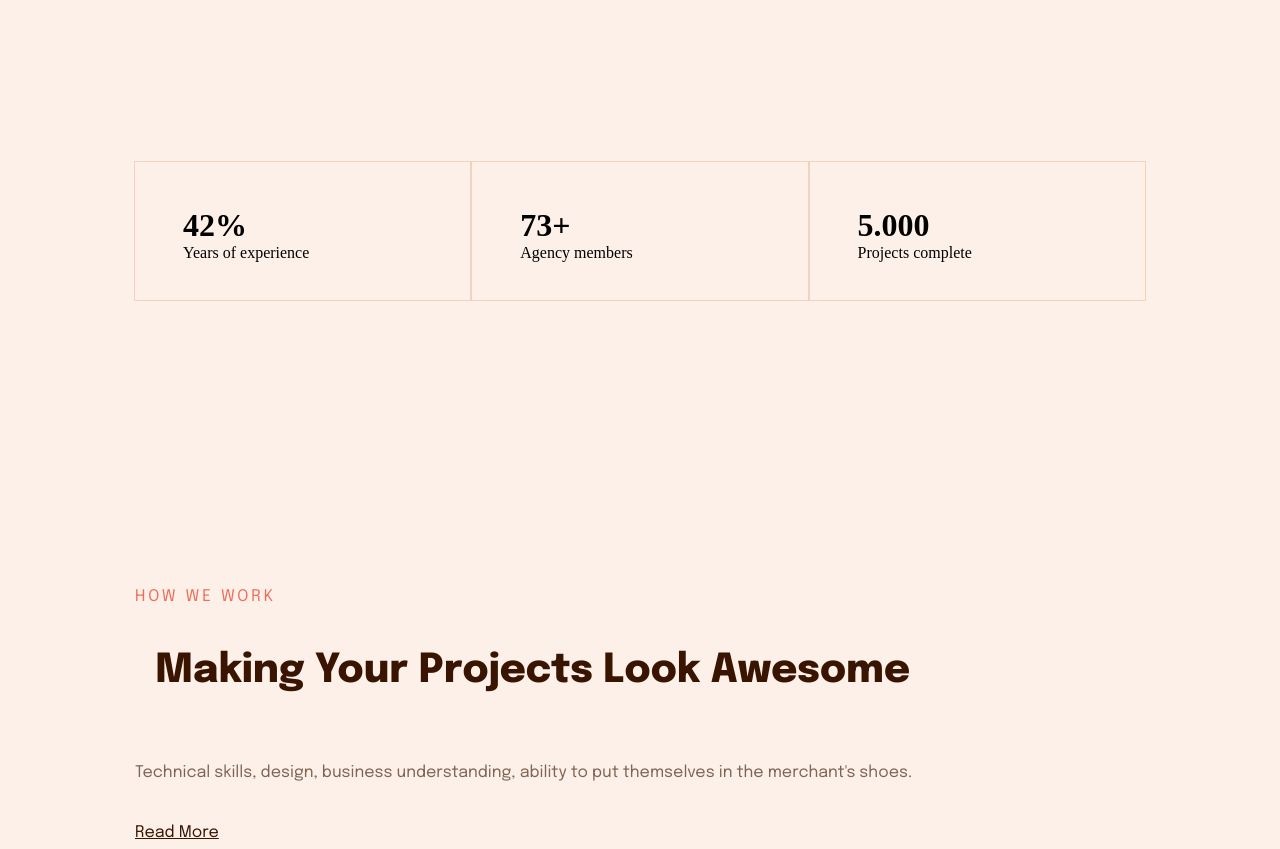
Repository: MehdiKerimov/Figma-task-7
Page: index.html
These files come from the project's save history. The page is drawn as it stood at one moment and after the next save; the edit follows.
The browser window is 1280 px wide. The pictures show the whole page.

Above is the page before, as saved 2023-08-30 12:06:47.

After the next save:
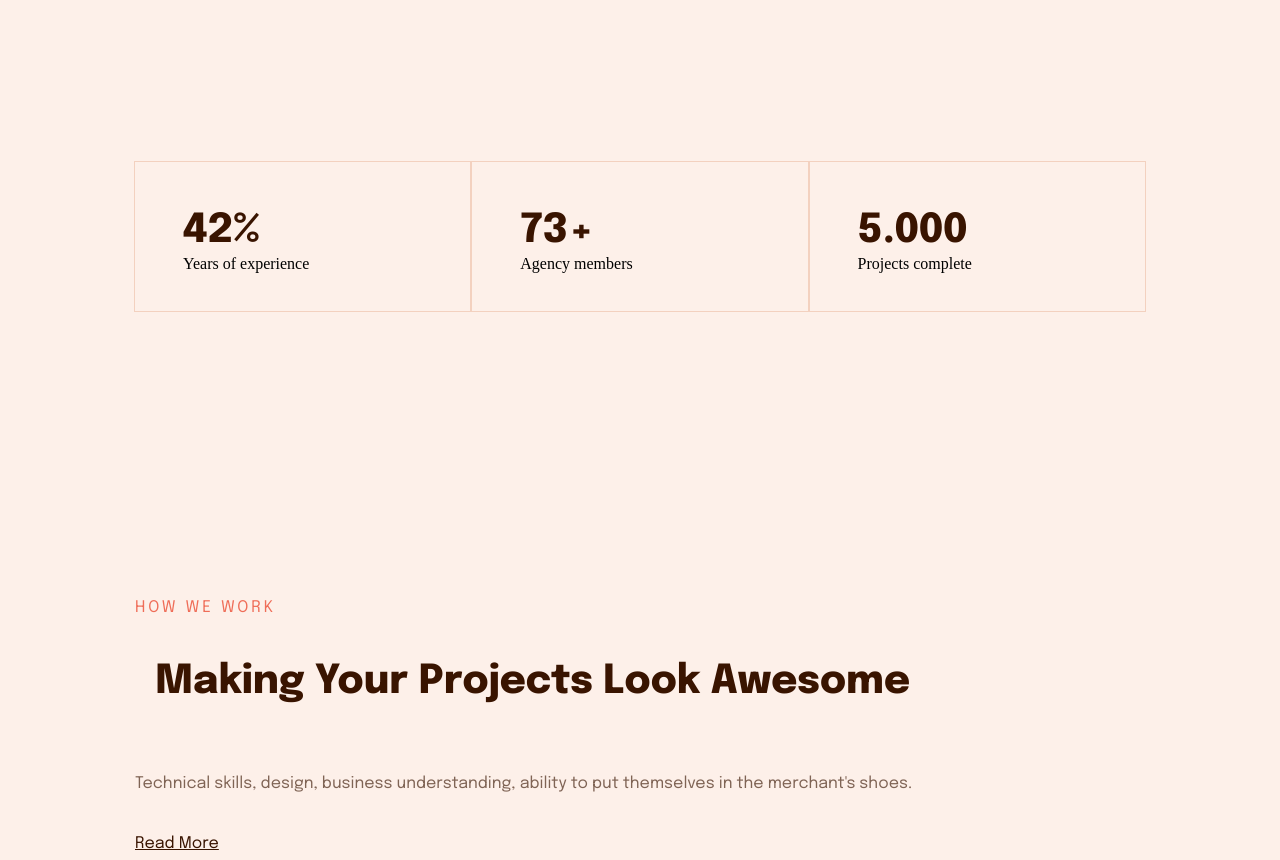
Saved 6 s later.
--- a/index.css
+++ b/index.css
@@ -26,7 +26,15 @@
     border: 1px solid #f3d1bf;
     padding: 45px 0 38px 48px;
 }
-.container
+.container-1 ul li h1{
+    color: var(--text-dark, #391400);
+    font-feature-settings: "clig" off, "liga" off;
+    font-family: Epilogue;
+    font-size: 40px;
+    font-style: normal;
+    font-weight: 800;
+    line-height: 48px;
+}
 .container-1 .box-1 li h1 {
   padding: 45px 0px 13px 48px;
 
